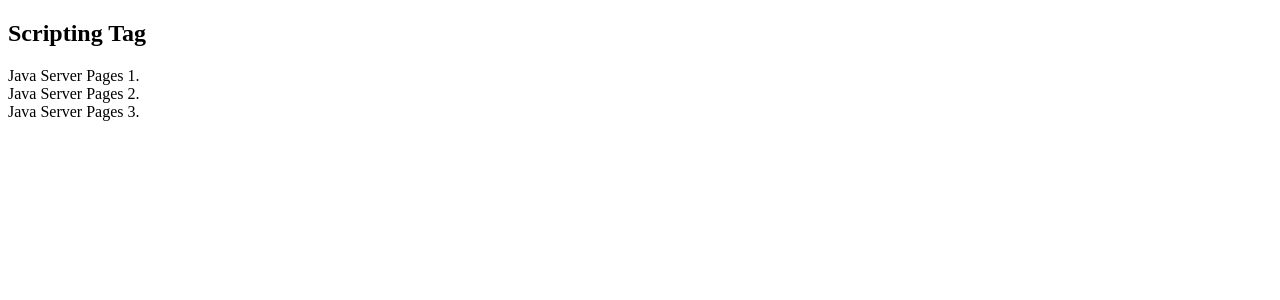
Repository: suinautant/learnCode
Page: http://localhost/JSPBook/ch02/scripting.jsp
The author's editor kept a copy of each file at every save. The page is drawn from the files as they stood at one save, then again after a run of saves.
The browser window is 1280 px wide. The pictures show the whole page.
The page is served by Tomcat 9. Other server files are loaded and not shown.

Above is the page before, as saved 2021-06-30 00:24:39.

### jsp/JSPBook/WebContent/ch02/scripting.jsp
<%@ page language="java" contentType="text/html; charset=EUC-KR"
	pageEncoding="EUC-KR"
%>
<!DOCTYPE html>
<html>
<head>
<meta charset="EUC-KR">
<title>Insert title here</title>
</head>
<body>
	<h2>Scripting Tag</h2>
	<%!int count = 3;

	String makeItLower(String data) {
		return data.toLowerCase();
	}%>

	<%
	for (int i=1; i<=count;i++ ) {
		out.println("Java Server Pages " + i + ".<br>");
	}
	%>



</body>
</html>

After the next 3 saves:
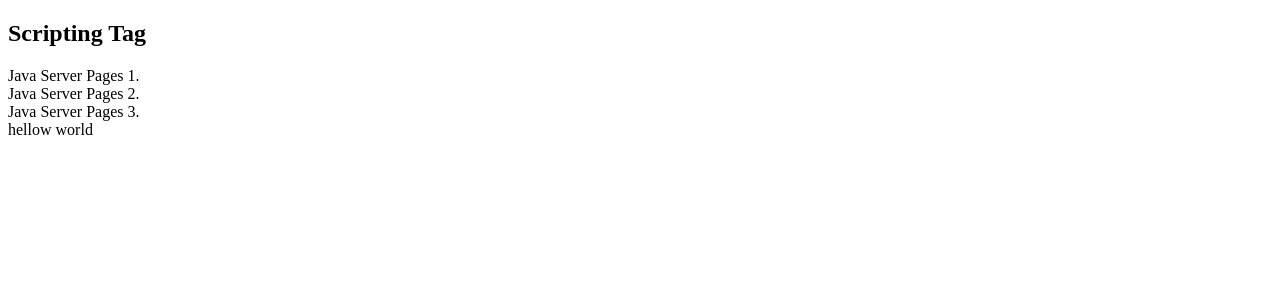
The 3 saves are shown as one change because 1 did not build or start and some came seconds apart.
The last was saved 58 s later.
--- a/jsp/JSPBook/WebContent/ch02/scripting.jsp
+++ b/jsp/JSPBook/WebContent/ch02/scripting.jsp
@@ -16,10 +16,11 @@
 	}%>
 
 	<%
-	for (int i=1; i<=count;i++ ) {
+		for (int i = 1; i <= count; i++) {
 		out.println("Java Server Pages " + i + ".<br>");
 	}
 	%>
+	<%=makeItLower("Hellow World")%>
 
 
 
